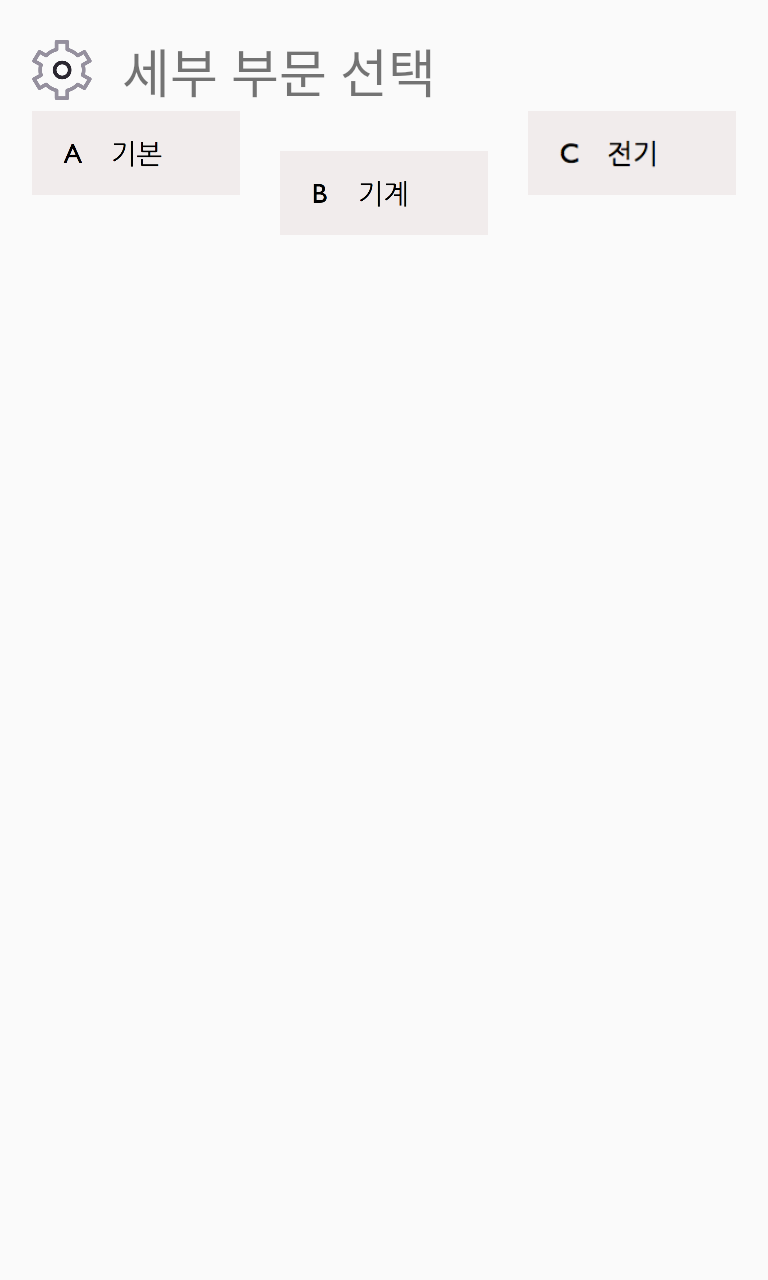
Repository: team-peony/ccfinder
Layout: android/CertifiedCompanyFinder/res/layout/fragment_category_ks.xml
These files come from the project's save history. The layout is drawn as it stood at one moment and after the next save; the edit follows.
It is drawn on a 768 x 1280 px phone screen (xhdpi) without system bars, with theme AppTheme; the app's code is not run.

Above is the layout before, as saved 2015-02-20 05:37:25.

After the next save:
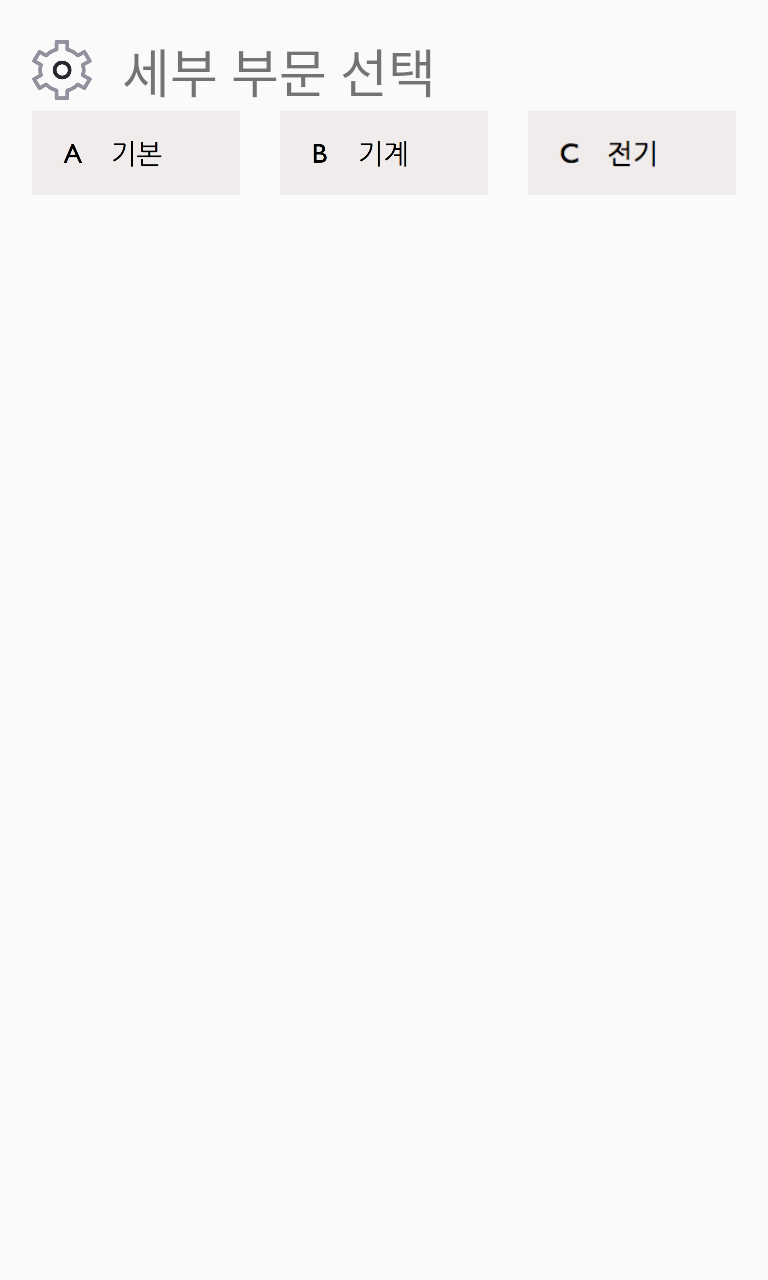
Saved 36 s later.
--- a/android/CertifiedCompanyFinder/res/layout/fragment_category_ks.xml
+++ b/android/CertifiedCompanyFinder/res/layout/fragment_category_ks.xml
@@ -35,7 +35,8 @@
         <LinearLayout
             android:layout_width="match_parent"
             android:layout_height="wrap_content"
-            android:orientation="horizontal">
+            android:orientation="horizontal"
+            android:gravity="center_horizontal">
 
 			<ImageView
 			    android:layout_width="0dp"
@@ -47,7 +48,8 @@
 			    android:layout_width="0dp"
 			    android:layout_height="@dimen/ks_category_height"
 			    android:layout_weight="1"
-			    android:layout_margin="20dp"
+			    android:layout_marginLeft="20dp"
+			    android:layout_marginRight="20dp"
 			    android:src="@drawable/b_icon"/>
 
 			<ImageView
